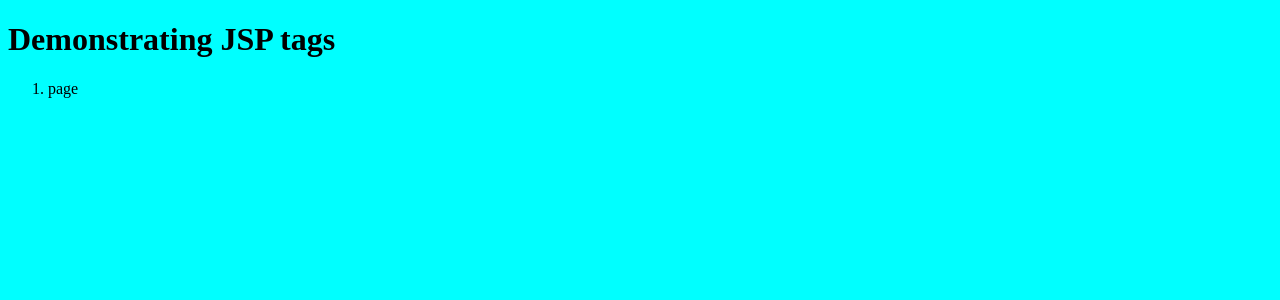
Repository: PallaviWalve/Advance-Java
Page: Web_Project/src/main/webapp/index.html
The author's editor kept a copy of each file at every save. The page is drawn from the files as they stood at one save, then again after the next save.
The browser window is 1280 px wide. The pictures show the whole page.

Above is the page before, as saved 2024-06-06 04:02:31.

### Web_Project/src/main/webapp/index.html
<!DOCTYPE html>
<html>
<body bgcolor="cyan">
	<h1>Demonstrating JSP tags</h1>
	<ol>
		<li>page</li>
	</ol>

</body>
</html>

After the next save:
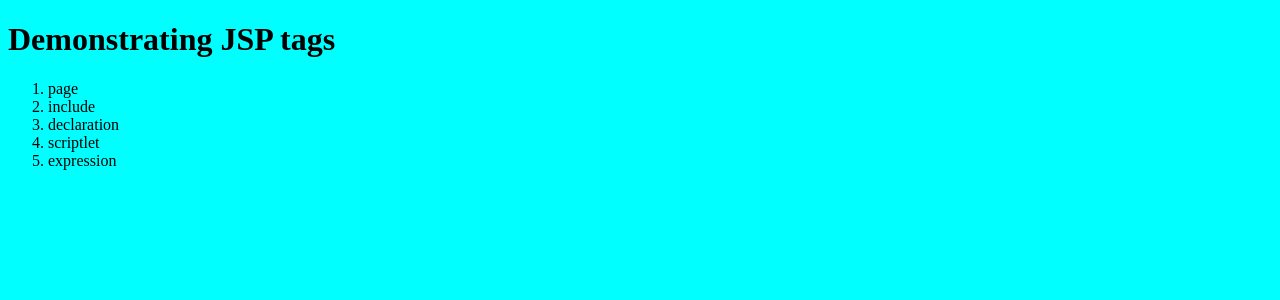
Saved 51 s later.
--- a/Web_Project/src/main/webapp/index.html
+++ b/Web_Project/src/main/webapp/index.html
@@ -4,6 +4,10 @@
 	<h1>Demonstrating JSP tags</h1>
 	<ol>
 		<li>page</li>
+		<li>include</li>
+		<li>declaration</li>
+		<li>scriptlet</li>
+		<li>expression</li>
 	</ol>
 
 </body>
